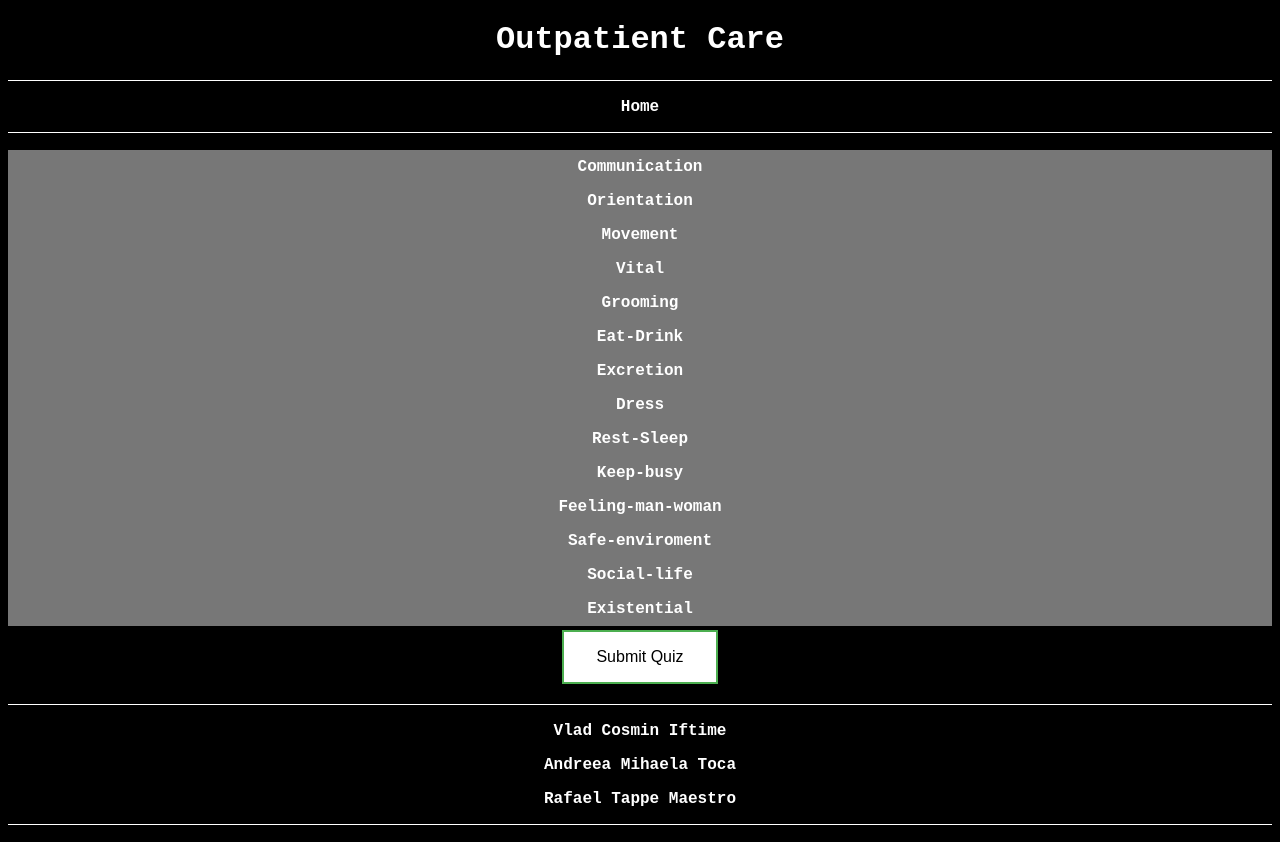
Repository: VladIftime/KnowledgeTechnology2019
Page: src/front/index.html
These files come from the project's save history. The page is drawn as it stood at one moment and after the next save; the edit follows.
The browser window is 1280 px wide. The pictures show the whole page.

Above is the page before, as saved 2020-01-11 20:35:55.

After the next save:
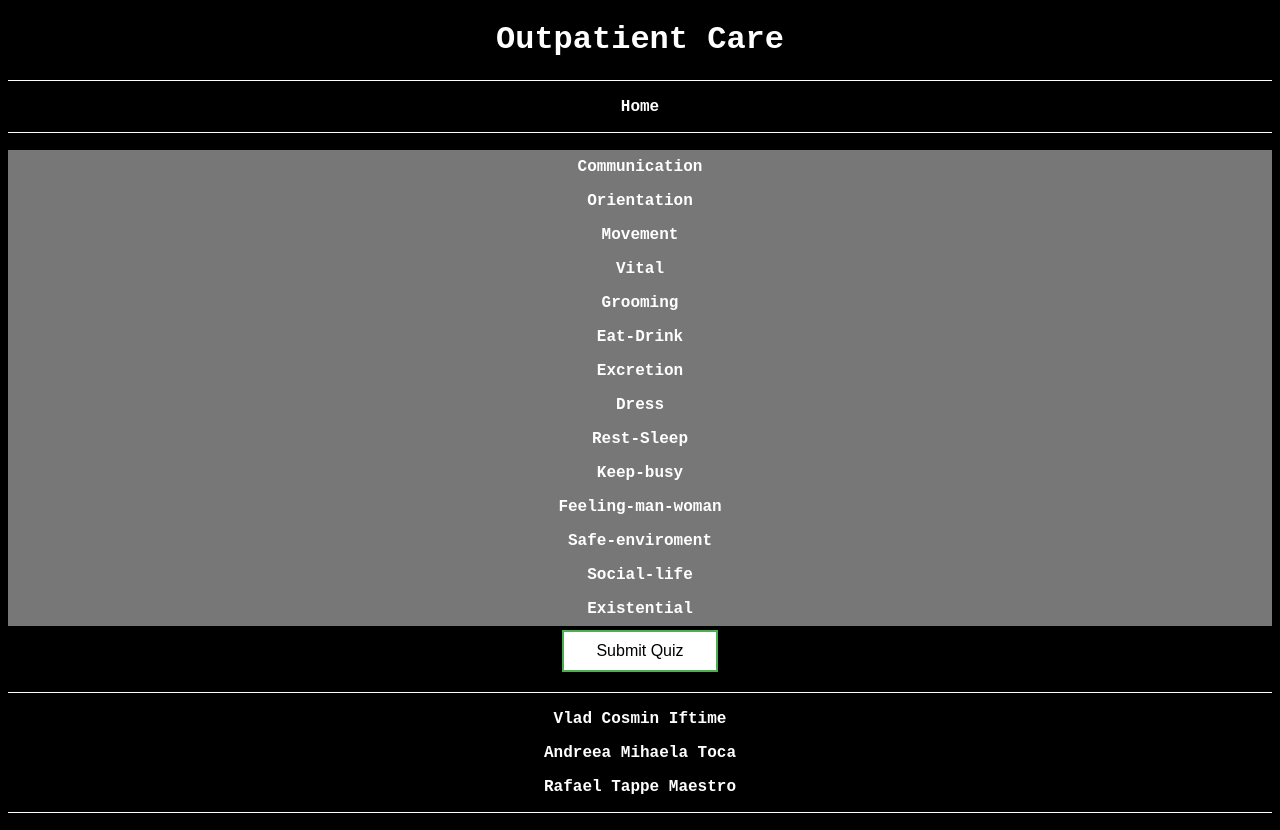
Saved 22 s later.
--- a/src/front/style.css
+++ b/src/front/style.css
@@ -113,7 +113,7 @@ hr {
     background-color: #4CAF50; /* Green */
     border: none;
     color: white;
-    padding: 16px 32px;
+    padding: 10px 32px;
     text-align: center;
     text-decoration: none;
     display: inline-block;
